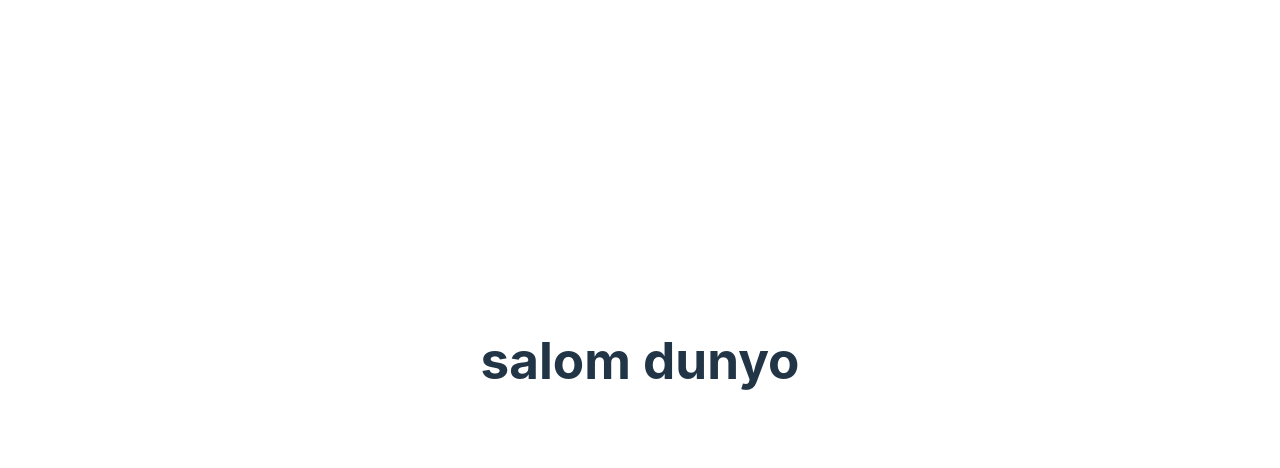
Repository: SitoraRashidova/CoffeShop_Figma
Page: /
The author's editor kept a copy of each file at every save. The page is drawn from the files as they stood at one save, then again after a run of saves.
The browser window is 1280 px wide. The pictures show the whole page.
The project was rebuilt for these pictures with package versions that can differ from the ones it lists, and the page was loaded fresh each time. Also part of the build but not shown: vite.config.js.

Above is the page before, as saved 2024-11-24 22:09:02.

After the next 2 saves:
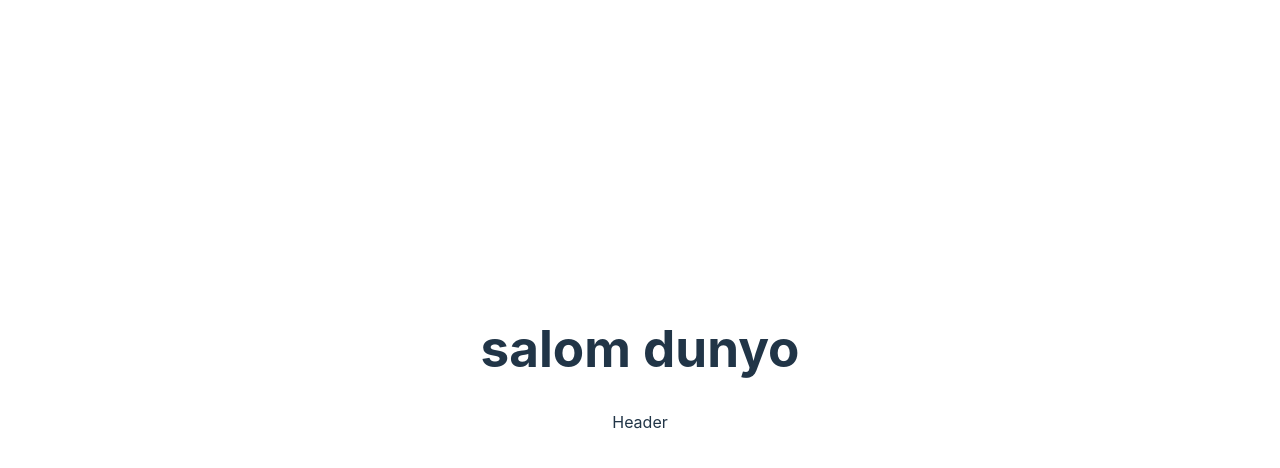
The 2 saves are shown as one change because they came seconds apart.
The last was saved 11 s later.
--- a/src/App.jsx
+++ b/src/App.jsx
@@ -1,10 +1,12 @@
 import './App.css'
+import Header from './components/header'
 
 function App() {
 
   return (
     <>
      <h1>salom dunyo</h1>
+     <Header />
     </>
   )
 }
